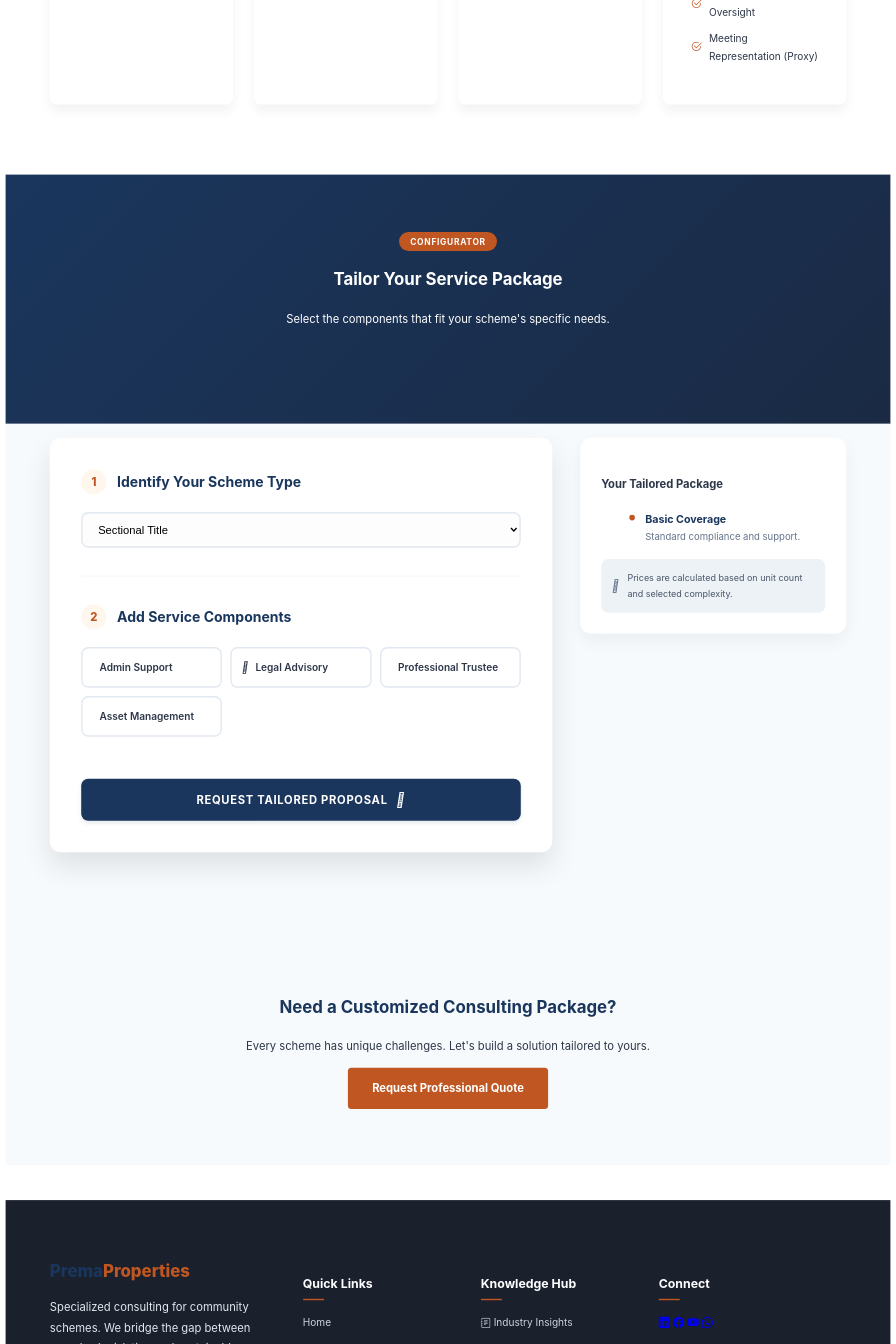
Repository: mnqobiMenzi/Prema-Properties
Page: services.html
The author's editor kept a copy of each file at every save. The page is drawn from the files as they stood at one save, then again after a run of saves.
The browser window is 1280 px wide. The pictures show the part of the page from y = 1908 to 3828 px (the page is 4150 px tall before and 3082 px after), at 70% of full size.

Above is the page before, as saved 2026-02-16 11:33:19.

### services.html
<!DOCTYPE html>
<html lang="en">
<head>
  <meta charset="UTF-8">
  <meta name="viewport" content="width=device-width, initial-scale=1.0">
  <title>Our Services | Prema Properties</title>
  <link rel="stylesheet" href="CSS/style.css">
  <link rel="stylesheet" href="https://cdn.jsdelivr.net/npm/bootstrap-icons@1.13.1/font/bootstrap-icons.min.css">
  <link rel="stylesheet" href="https://cdn.jsdelivr.net/npm/bootstrap-icons@1.11.3/font/bootstrap-icons.min.css">
  <link href="https://cdn.jsdelivr.net/npm/bootstrap-icons@1.11.3/font/bootstrap-icons.css" rel="stylesheet">
  <link rel="stylesheet" href="https://cdnjs.cloudflare.com/ajax/libs/font-awesome/4.7.0/css/font-awesome.min.css">
</head>
<body>

  <header class="main-header">
    <div class="container header-flex">
      <div class="logo">Prema<span>Properties</span></div>
      <nav>
        <a href="index.html">Home</a>
        <a href="about-us.html">About</a>
        <a href="services.html"  class="active">Services</a>
        <a href="contact-us.html">Contact</a>
        <a href="appointment.html">Book Appointment</a>
        <a href="quote.html" class="nav-btn">Get a Quotation</a>
      </nav>
    </div>
  </header>

  <section class="services-hero-v2">
    <div class="container">
      <h1>Specialized Property Solutions</h1>
      <p>Precision consulting for Trustees, Bodies Corporate, and Homeowners Associations.</p>
    </div>
  </section>

  <section class="section-padding">
  <div class="container">
    <div class="services-grid-v2">

      <div id="sectional-title" class="s-card">
        <i class="bi bi-bank"></i>
        <h3>Sectional Title Governance</h3>
        <p>Expert interpretation of the **STSM Act** and **CSOS** regulations. We help schemes move from non-compliance to excellence.</p>
        <ul class="s-list">
          <li><i class="bi bi-check2-circle"></i> Conduct & Management Rule Drafting</li>
          <li><i class="bi bi-check2-circle"></i> Trustee Governance Training</li>
          <li><i class="bi bi-check2-circle"></i> AGM & SGM Advisory</li>
        </ul>
      </div>

      <div id="dispute-resolution" class="s-card">
        <i class="fa fa-balance-scale"></i> <h3>Dispute Resolution</h3>
        <p>Independent mediation to resolve conflicts between owners, trustees, or managing agents without litigation.</p>
        <ul class="s-list">
          <li><i class="bi bi-check2-circle"></i> Arrear Levy Mediation</li>
          <li><i class="bi bi-check2-circle"></i> CSOS Application Assistance</li>
          <li><i class="bi bi-check2-circle"></i> Rule Enforcement Strategy</li>
        </ul>
      </div>

      <div id="retirement" class="s-card">
        <i class="bi bi-heart-pulse"></i>
        <h3>Retirement Developments</h3>
        <p>Specialist expertise in the **Development Schemes for Retired Persons Act**, focusing on ownership and life right arrangements.</p>
        <ul class="s-list">
          <li><i class="bi bi-check2-circle"></i> Life Right Agreement Review</li>
          <li><i class="bi bi-check2-circle"></i> Retirement Village Structuring</li>
          <li><i class="bi bi-check2-circle"></i> Specialist Legal Consulting</li>
        </ul>
      </div>

      <div id="conveyancing" class="s-card">
        <i class="bi bi-briefcase"></i>
        <h3>Conveyancing & Contracts</h3>
        <p>Leveraging 30 years of legal experience to secure your property transactions and entity structures.</p>
        <ul class="s-list">
          <li><i class="bi bi-check2-circle"></i> Commercial & Residential Leases</li>
          <li><i class="bi bi-check2-circle"></i> Trusts & Partnerships</li>
          <li><i class="bi bi-check2-circle"></i> Joint Venture Agreements</li>
        </ul>
      </div>

      <div id="investment-consulting" class="s-card">
        <i class="bi bi-graph-up-arrow"></i>
        <h3>Real Estate Investment Consulting</h3>
        <p>Specialized strategic support for high-yield property portfolios.</p>
        <ul class="s-list">
          <li><i class="bi bi-check2-circle"></i> Market Analysis & Property Sourcing</li>
          <li><i class="bi bi-check2-circle"></i> Investment Strategy Planning & Portfolio Building</li>
          <li><i class="bi bi-check2-circle"></i> Financial Analysis</li>
        </ul>
      </div>

      <div id="buyers-agent" class="s-card">
        <i class="bi bi-building-check"></i>
        <h3>Buyer&apos;s Agent (Investment Niche)</h3>
        <p>Licensed representation focused on the buyer's bottom line. We utilize advanced tools to estimate <strong>renovation costs</strong> and <strong>projected rental income</strong> before you even make an offer.</p>
        <ul class="s-list">
          <li><i class="bi bi-check2-circle"></i> Renovation Cost Estimate</li>
          <li><i class="bi bi-check2-circle"></i> Rental Yield Projections</li>
          <li><i class="bi bi-check2-circle"></i> Exclusive Off-Market Access</li>
        </ul>
      </div>

      <div id="asset-manager" class="s-card">
        <i class="bi bi-person-workspace"></i>
        <h3>Asset Manager</h3>
        <p>Your partner for long-term appreciation. Involved from the pre-purchase phase to project <strong>portfolio growth</strong> and ensure your assets are optimized for maximum capital gain over time.</p>
        <ul class="s-list">
          <li><i class="bi bi-check2-circle"></i> Portfolio Optimization</li>
          <li><i class="bi bi-check2-circle"></i> Long-term Appreciation Analysis</li>
          <li><i class="bi bi-check2-circle"></i> Risk Mitigation</li>
        </ul>
      </div>

      <div id="professional-trustee" class="s-card">
        <i class="fa fa-gavel"></i> <h3>Professional Trustee & Proxy Services</h3>
        <p>Eliminate conflict of interest and administrative burnout. we act as a <strong>Professional Trustee</strong> or <strong>Independent Proxy</strong> to ensure your scheme meets all statutory requirements while protecting the interests of members at AGMs and SGMs.</p>
        <ul class="s-list">
          <li><i class="bi bi-check2-circle"></i> Neutral Dispute Resolution</li>
          <li><i class="bi bi-check2-circle"></i> Fiduciary Duty Oversight</li>
          <li><i class="bi bi-check2-circle"></i> Meeting Representation (Proxy)</li>
        </ul>
      </div>
    </div>
  </div>
</section>

<section class="quote-hero-v4">
    <div class="container">
        <span class="badge-v4">Configurator</span>
        <h1>Tailor Your Service Package</h1>
        <p>Select the components that fit your scheme's specific needs.</p>
    </div>
</section>

<section class="section-padding light-gray">
    <div class="container">
        <form class="quote-grid-v4">
            <div class="quote-form-v4">

                <div class="form-step">
                    <div class="step-title">
                        <div class="step-num">1</div>
                        <h3>Identify Your Scheme Type</h3>
                    </div>
                    <div class="form-row">
                        <div class="input-v4">
                            <select name="scheme-type">
                                <option>Sectional Title</option>
                                <option>HOA / Estate</option>
                                <option>Retirement Village</option>
                                <option>Commercial / Industrial</option>
                            </select>
                        </div>
                    </div>
                </div>

                <div class="form-step">
                    <div class="step-title">
                        <div class="step-num">2</div>
                        <h3>Add Service Components</h3>
                    </div>
                    <div class="services-selection-grid">
                        <label class="service-pill">
                            <input type="checkbox" name="service" value="admin">
                            <span><i class="fas fa-file-invoice"></i> Admin Support</span>
                        </label>
                        <label class="service-pill">
                            <input type="checkbox" name="service" value="legal">
                            <span><i class="fas fa-gavel"></i> Legal Advisory</span>
                        </label>
                        <label class="service-pill">
                            <input type="checkbox" name="service" value="trustee">
                            <span><i class="fas fa-user-tie"></i> Professional Trustee</span>
                        </label>
                        <label class="service-pill">
                            <input type="checkbox" name="service" value="asset">
                            <span><i class="fas fa-chart-line"></i> Asset Management</span>
                        </label>
                    </div>
                </div>

                <button type="submit" class="quote-submit-btn">
                    Request Tailored Proposal <i class="fas fa-arrow-right"></i>
                </button>
            </div>

            <aside class="quote-sidebar-v4">
                <div class="process-card">
                    <h4>Your Tailored Package</h4>
                    <ul class="process-list" id="selection-summary">
                        <li>
                            <div class="dot"></div>
                            <div>
                                <strong>Basic Coverage</strong>
                                <p>Standard compliance and support.</p>
                            </div>
                        </li>
                    </ul>
                    <div class="security-note" style="margin-top: 20px;">
                        <i class="fas fa-info-circle"></i>
                        <p>Prices are calculated based on unit count and selected complexity.</p>
                    </div>
                </div>
            </aside>
        </form>
    </div>
</section>

  <section class="services-cta">
    <div class="container center-text">
      <h2>Need a Customized Consulting Package?</h2>
      <p>Every scheme has unique challenges. Let's build a solution tailored to yours.</p>
      <a href="quote.html" class="btn-main">Request Professional Quote</a>
    </div>
  </section>

  <div id="footer-placeholder"></div>
  <script src="JavaScript/script.js"></script>
</body>
</html>

### footer.html
<!DOCTYPE html>
<html lang="en">
<head>
    <meta charset="UTF-8">
    <meta name="viewport" content="width=device-width, initial-scale=1.0">
    <title>Document</title>
</head>
<body>
    <footer class="main-footer">
  <div class="container footer-grid">

    <div class="footer-column brand-info">
      <div class="logo">Prema<span>Properties</span></div>
      <p>Specialized consulting for community schemes. We bridge the gap between complex legislation and sustainable property growth.</p>
      <div class="footer-address">
        <p><i class="bi bi-geo-alt-fill"></i> Central Pretoria, Gauteng</p>
        <p><i class="bi bi-envelope-fill"></i> info@premaproperties.co.za</p>
      </div>
    </div>

    <div class="footer-column">
      <h4>Quick Links</h4>
      <ul class="footer-links">
        <li><a href="index.html">Home</a></li>
        <li><a href="about-us.html">About Our Firm</a></li>
        <li><a href="services.html">Our Services</a></li>
        <li><a href="contact-us.html">Contact Us</a></li>
      </ul>
    </div>

    <div class="footer-column">
      <h4>Knowledge Hub</h4>
      <ul class="footer-links">
        <li><a href="articles.html"><i class="bi bi-journal-text"></i> Industry Insights</a></li>
        <li><a href="FAQ.html"><i class="bi bi-question-circle"></i> Common Questions (FAQ)</a></li>
        <li><a href="https://www.csos.org.za/" target="_blank"><i class="bi bi-link-45deg"></i> CSOS Website</a></li>
        <li><a href="https://www.pama.org.za/" target="_blank"><i class="bi bi-link-45deg"></i> PAMA Resources</a></li>
      </ul>
    </div>

    <div class="footer-column">
      <h4>Connect</h4>
      <div class="social-icons">
        <a href="#"><i class="bi bi-linkedin"></i></a>
        <a href="#"><i class="bi bi-facebook"></i></a>
        <a href="#"><i class="bi bi-youtube"></i></a>
        <a href="#"><i class="bi bi-whatsapp"></i></a>
      </div>
      <a href="quote.html" class="footer-cta-btn">Request a Quotation</a>
    </div>

  </div>

  <div class="footer-bottom">
    <div class="container">
      <div class="bottom-flex">
        <p>&copy; 2026 Prema Properties. Specialist Sectional Title Consultants.</p>
        <div class="legal-links">
          <a href="#">Privacy Policy</a>
          <a href="#">POPIA Disclaimer</a>
        </div>
      </div>
    </div>
  </div>
</footer>
</body>
</html>

Loaded but not shown: JavaScript/script.js (26 lines, source omitted); CSS/style.css (2264 lines, source omitted)

After the next 2 saves:
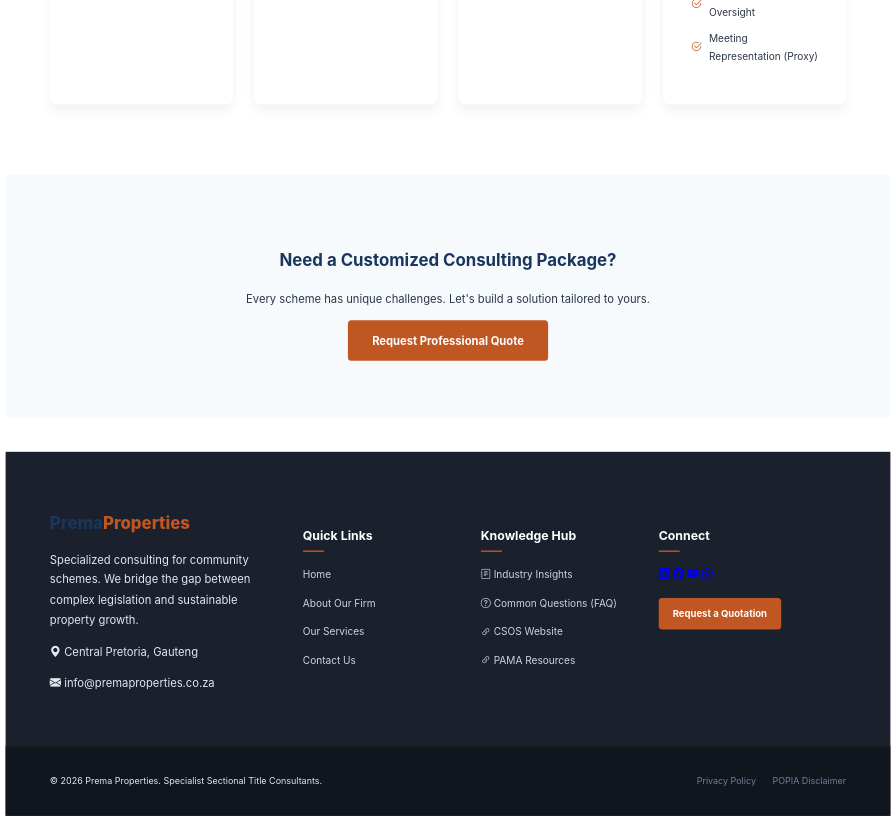
The 2 saves are shown as one change because they came seconds apart.
The last was saved 9 s later.
--- a/services.html
+++ b/services.html
@@ -126,88 +126,6 @@
   </div>
 </section>
 
-<section class="quote-hero-v4">
-    <div class="container">
-        <span class="badge-v4">Configurator</span>
-        <h1>Tailor Your Service Package</h1>
-        <p>Select the components that fit your scheme's specific needs.</p>
-    </div>
-</section>
-
-<section class="section-padding light-gray">
-    <div class="container">
-        <form class="quote-grid-v4">
-            <div class="quote-form-v4">
-
-                <div class="form-step">
-                    <div class="step-title">
-                        <div class="step-num">1</div>
-                        <h3>Identify Your Scheme Type</h3>
-                    </div>
-                    <div class="form-row">
-                        <div class="input-v4">
-                            <select name="scheme-type">
-                                <option>Sectional Title</option>
-                                <option>HOA / Estate</option>
-                                <option>Retirement Village</option>
-                                <option>Commercial / Industrial</option>
-                            </select>
-                        </div>
-                    </div>
-                </div>
-
-                <div class="form-step">
-                    <div class="step-title">
-                        <div class="step-num">2</div>
-                        <h3>Add Service Components</h3>
-                    </div>
-                    <div class="services-selection-grid">
-                        <label class="service-pill">
-                            <input type="checkbox" name="service" value="admin">
-                            <span><i class="fas fa-file-invoice"></i> Admin Support</span>
-                        </label>
-                        <label class="service-pill">
-                            <input type="checkbox" name="service" value="legal">
-                            <span><i class="fas fa-gavel"></i> Legal Advisory</span>
-                        </label>
-                        <label class="service-pill">
-                            <input type="checkbox" name="service" value="trustee">
-                            <span><i class="fas fa-user-tie"></i> Professional Trustee</span>
-                        </label>
-                        <label class="service-pill">
-                            <input type="checkbox" name="service" value="asset">
-                            <span><i class="fas fa-chart-line"></i> Asset Management</span>
-                        </label>
-                    </div>
-                </div>
-
-                <button type="submit" class="quote-submit-btn">
-                    Request Tailored Proposal <i class="fas fa-arrow-right"></i>
-                </button>
-            </div>
-
-            <aside class="quote-sidebar-v4">
-                <div class="process-card">
-                    <h4>Your Tailored Package</h4>
-                    <ul class="process-list" id="selection-summary">
-                        <li>
-                            <div class="dot"></div>
-                            <div>
-                                <strong>Basic Coverage</strong>
-                                <p>Standard compliance and support.</p>
-                            </div>
-                        </li>
-                    </ul>
-                    <div class="security-note" style="margin-top: 20px;">
-                        <i class="fas fa-info-circle"></i>
-                        <p>Prices are calculated based on unit count and selected complexity.</p>
-                    </div>
-                </div>
-            </aside>
-        </form>
-    </div>
-</section>
-
   <section class="services-cta">
     <div class="container center-text">
       <h2>Need a Customized Consulting Package?</h2>
